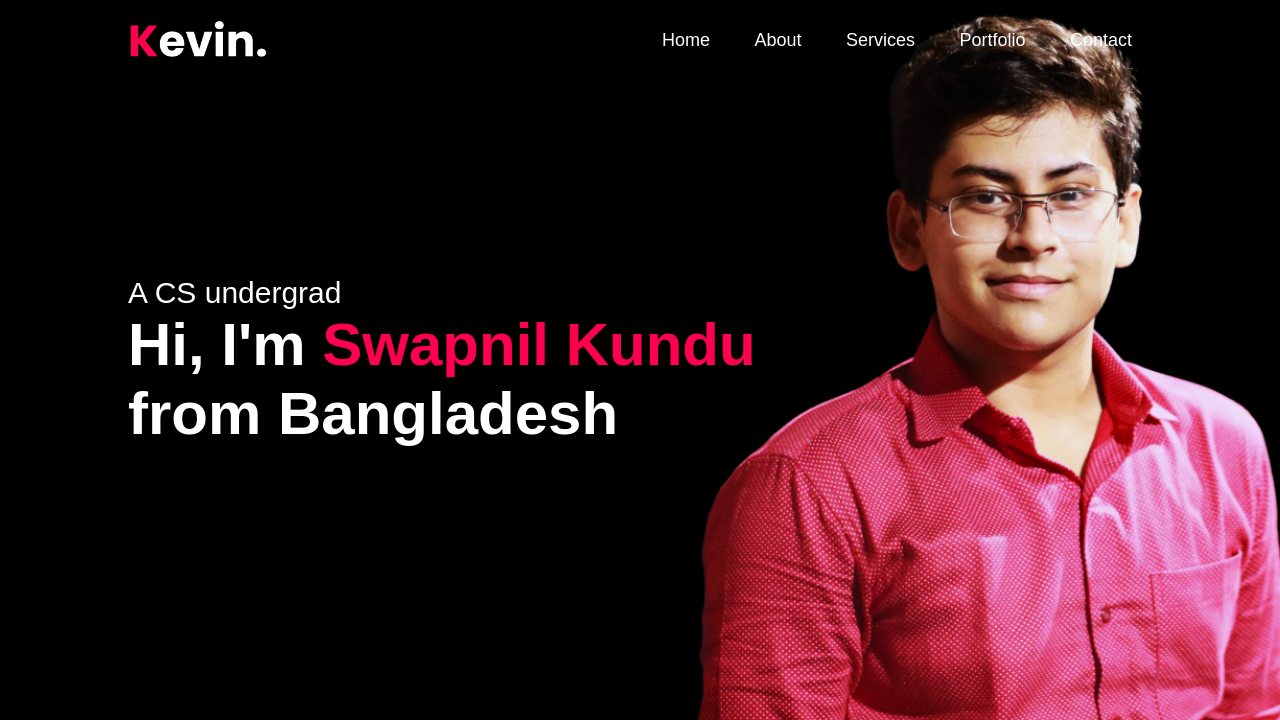
Repository: SwapnilKundu/portfolio
Page: index.html
These files come from the project's save history. The page is drawn as it stood at one moment and after the next save; the edit follows.
The browser window is 1280 px wide. The pictures show the whole page.

Above is the page before, as saved 2024-01-19 03:28:22.

### index.html
<!DOCTYPE html>
<html lang="en">
<head>
    <meta charset="UTF-8">
    <meta name="viewport" content="width=device-width, initial-scale=1.0">
    <title>Personal Portfolio Website</title>
    <link rel="stylesheet" href="style.css">
</head>
<body>
  <div id="header">
    <div class="container">
        <nav>
            <img src="images/logo.png" class= "logo">
            <ul>
                <li><a href ="#">Home</a></li>
                <li><a href ="#">About</a></li>
                <li><a href ="#">Services</a></li>
                <li><a href ="#">Portfolio</a></li>
                <li><a href ="#">Contact</a></li>
            </ul>
        </nav>
        <div class="header-text">

            <p>A CS undergrad </p>
            <h1>Hi, I'm <span>Swapnil Kundu</span> <br> from Bangladesh</h1>
        </div>
    </div>


  </div>
</body>
</html>

### style.css
*
{
    margin: 0;
    padding: 0;
    font-family: 'Poppins',sans-serif;
    box-sizing: border-box;
}

body
{
    background: #ffff;
    color: #fff;
}
#header
{
    width: 100%;
    height: 100vh;
    background-image: url(images/ccc2.png);
    background-size: cover;
    background-position: left;
    background-repeat: no-repeat;
    overflow: hidden;
}
.container
{
padding: 10px 10%;
}
nav{
    display: flex;
    align-items: center;
    justify-content: space-between;
    flex-wrap: wrap;
}
.logo{
    width: 140px;
}

nav ul li{
    display:inline-block;
    list-style: none;
    margin: 10px 20px;

}
nav ul li a{
    color: #fff;
    text-decoration:none ;
    font-size: 18px;
    position: relative;
}

nav ul li a::after
{
    content: '';
    width:0;
    height:3px;
    background:#ff004f;
    position: absolute;
    left: 0;
    bottom: -6px;
    transition: 0.5s;

}
nav ul li a:hover::after
{
    width:100%;
}
.header-text{
    margin-top: 20%;
    font-size: 30px;
}
.header-text h1
{
    font-size:60px;
}
.header-text h1 span
{
    color:#ff004f;
}

After the next save:
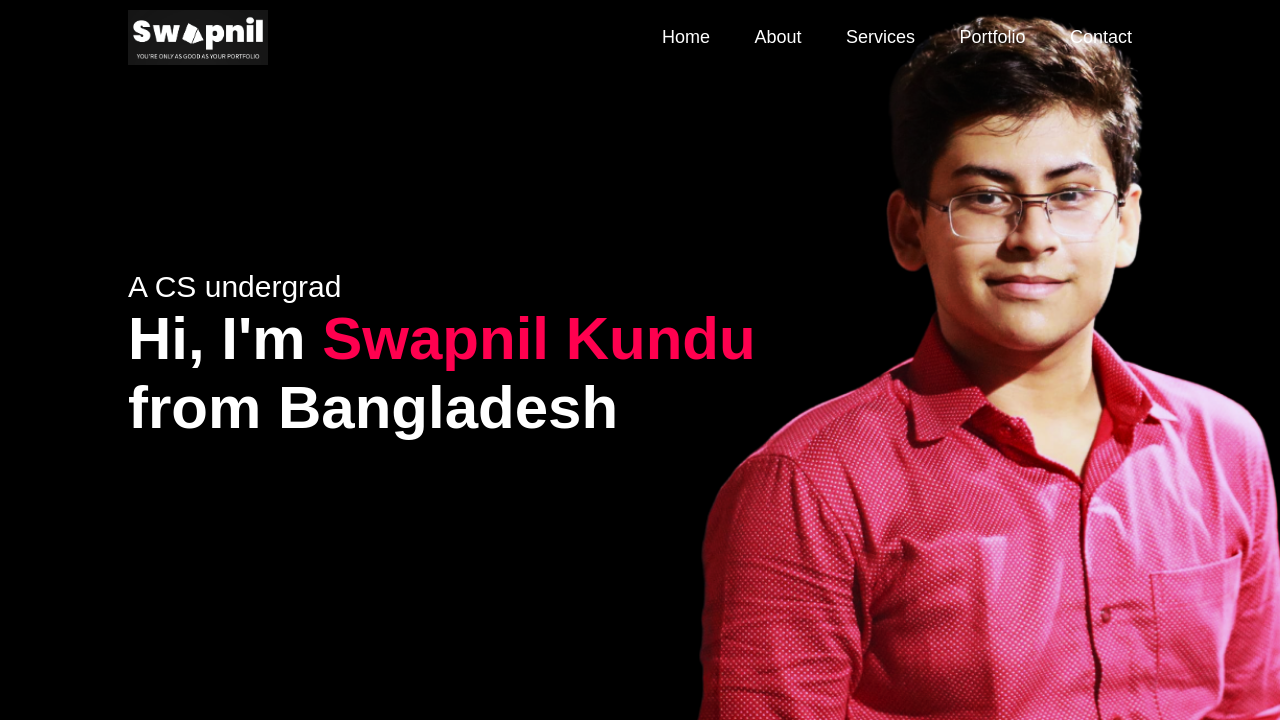
Saved 38 min 53 s later.
--- a/index.html
+++ b/index.html
@@ -10,7 +10,7 @@
   <div id="header">
     <div class="container">
         <nav>
-            <img src="images/logo.png" class= "logo">
+            <img src="images/logo1.png" class= "logo">
             <ul>
                 <li><a href ="#">Home</a></li>
                 <li><a href ="#">About</a></li>
